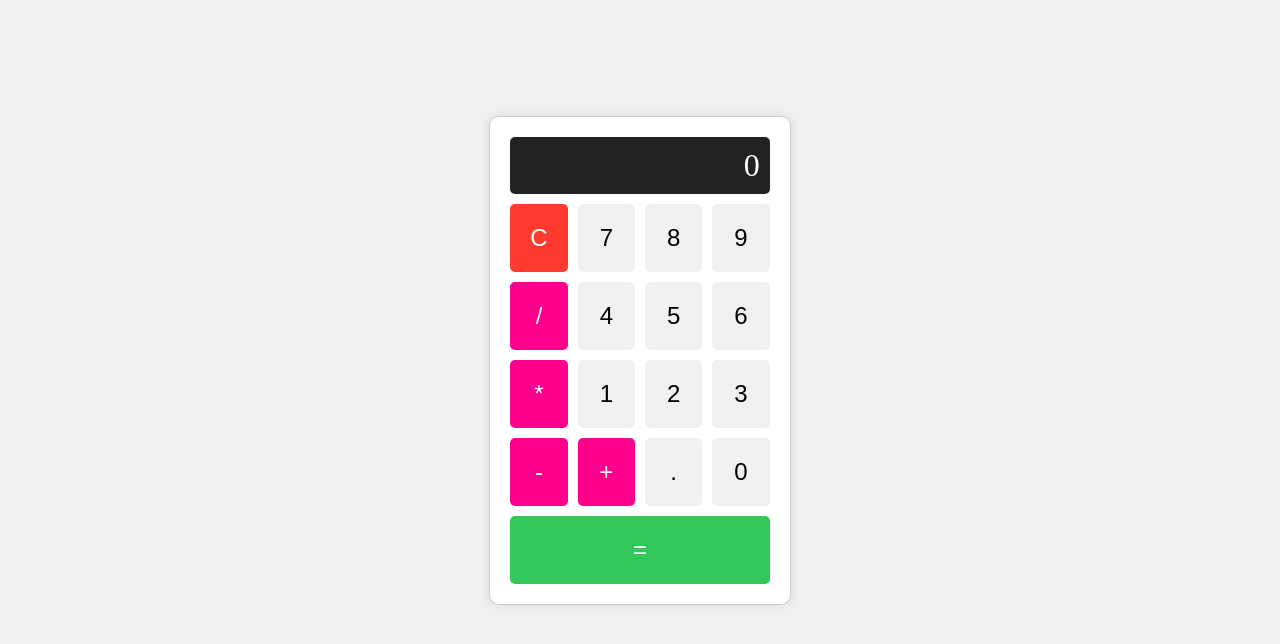
Repository: alizey12/calculator
Page: index.html
The author's editor kept a copy of each file at every save. The page is drawn from the files as they stood at one save, then again after a run of saves.
The browser window is 1280 px wide. The pictures show the whole page.

Above is the page before, as saved 2024-11-23 18:37:52.

After the next 3 saves:
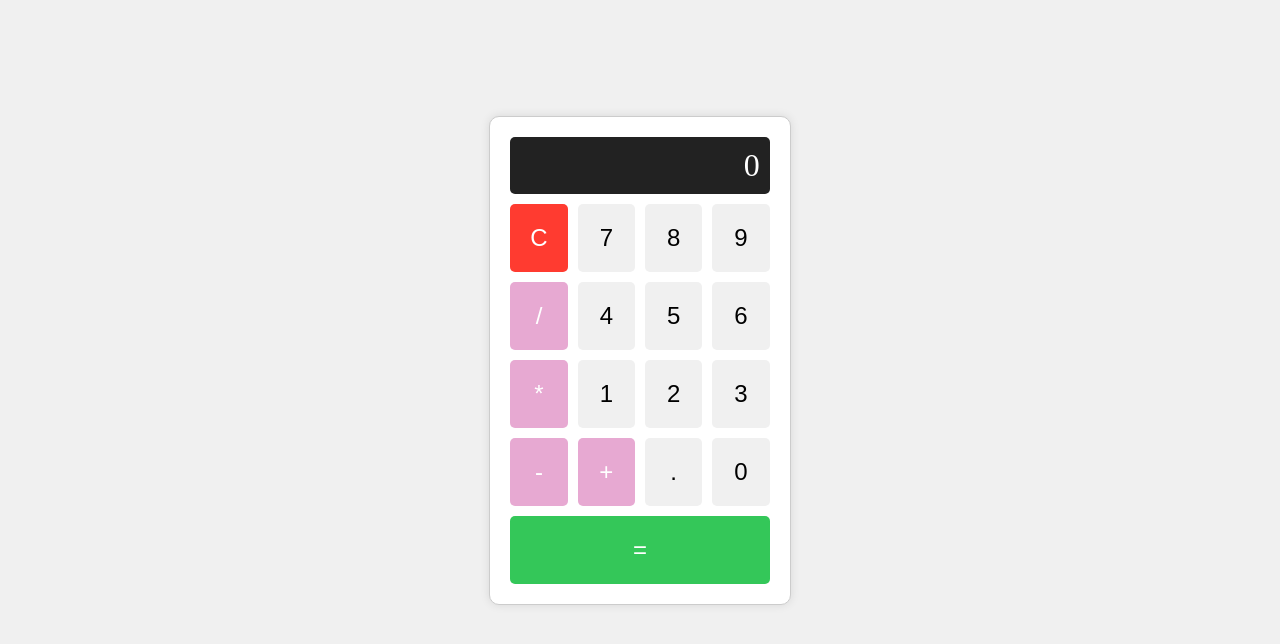
The 3 saves are shown as one change because they came seconds apart.
The last was saved 8 s later.
--- a/styles.css
+++ b/styles.css
@@ -45,7 +45,7 @@ body {
 }
 
 .btn.operator {
-    background-color: #ff008c;
+    background-color: #e7a9d2;
     color: #fff;
 }
 
